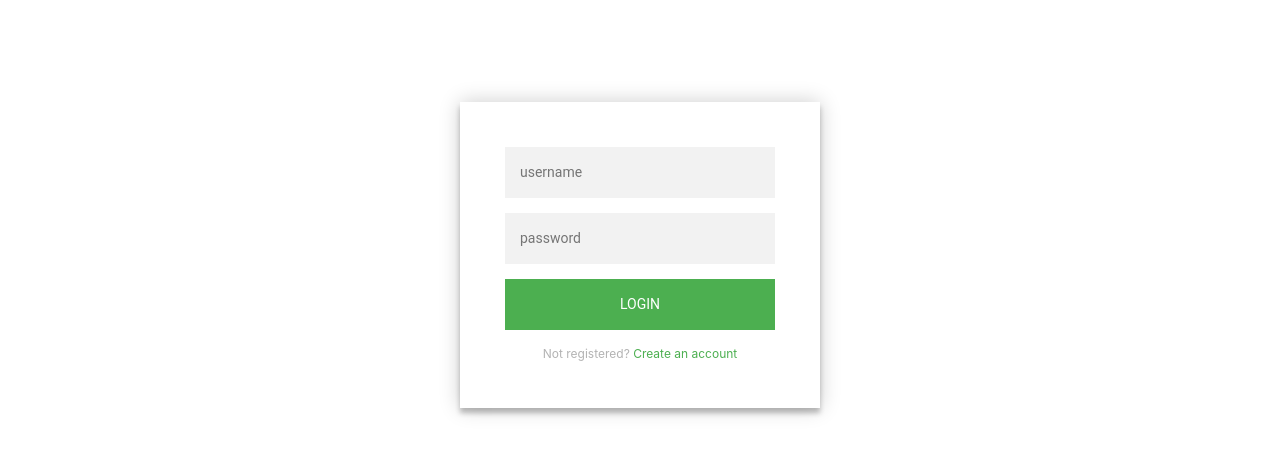
Repository: andbilous/cursor-styled-components
Page: /sign-in
The author's editor kept a copy of each file at every save. The page is drawn from the files as they stood at one save, then again after a run of saves.
The browser window is 1280 px wide. The pictures show the whole page.
The project was rebuilt for these pictures with package versions that can differ from the ones it lists, and the page was loaded fresh each time. Also part of the build but not shown: src/App.css, src/components/SignUpForm.jsx.

Above is the page before, as saved 2020-04-19 12:25:55.

After the next 3 saves:
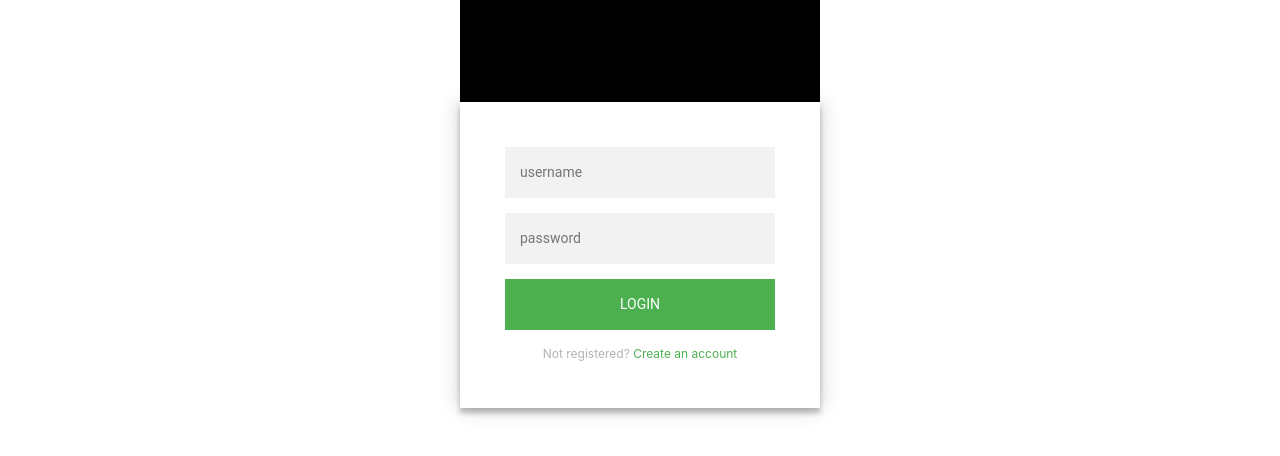
The 3 saves are shown as one change because they came seconds apart.
The last was saved 6 min 9 s later.
--- a/src/components/SignInForm.jsx
+++ b/src/components/SignInForm.jsx
@@ -6,6 +6,7 @@ const SignInFormStyles=styled.div`
   width: 360px;
   padding: 8% 0 0;
   margin: auto;
+  background: #000;
 }
 .form {
   position: relative;
